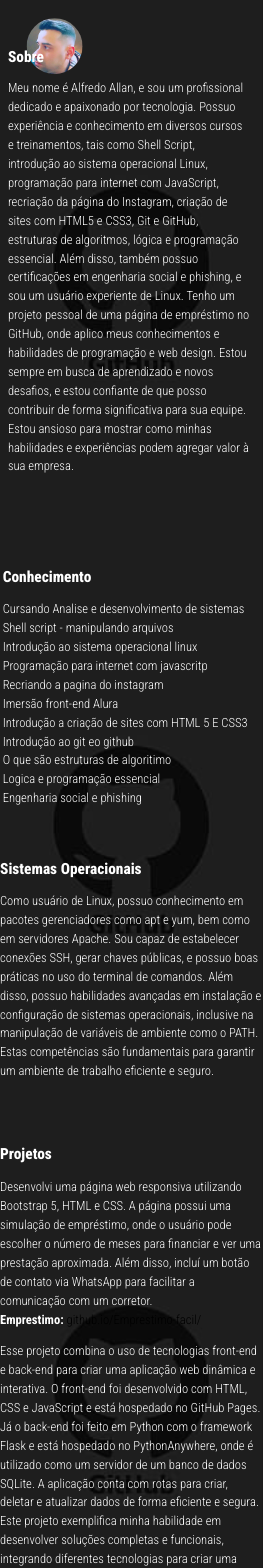
Repository: alfredo-allan/Portfolio
Page: index.html
The author's editor kept a copy of each file at every save. The page is drawn from the files as they stood at one save, then again after the next save.
The browser window is 375 px wide. The pictures show the part of the page from y = 0 to 2240 px (the page is 4101 px tall before and 4270 px after), at 70% of full size.
Backgrounds fixed to the window are drawn as part of the page.

Above is the page before, as saved 2024-05-30 19:29:28.

After the next save:
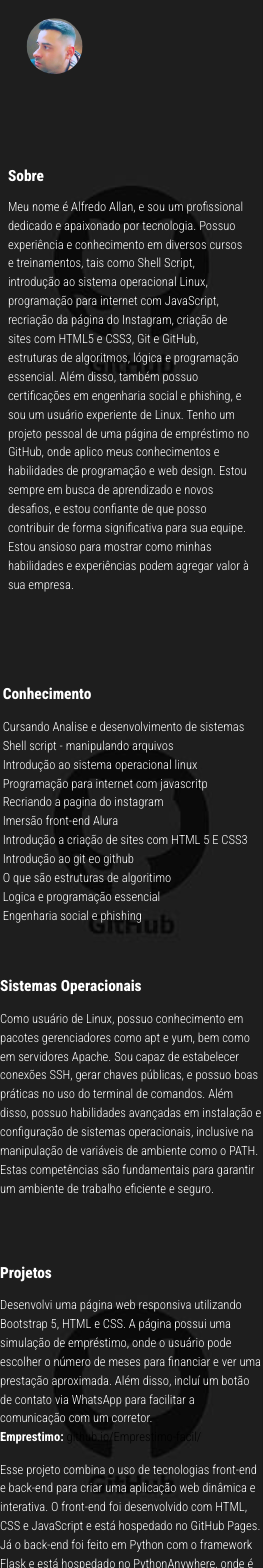
Saved 69 s later.
--- a/src/assets/styles/home.css
+++ b/src/assets/styles/home.css
@@ -88,7 +88,7 @@ body {
 @media only screen and (min-width: 310px) and (max-width: 450px) {
   #Sobre {
     margin-left: -1%;
-    margin-top: -10%;
+    margin-top: 35%;
     h2 {
       color: white;
       font-size: 22px;
